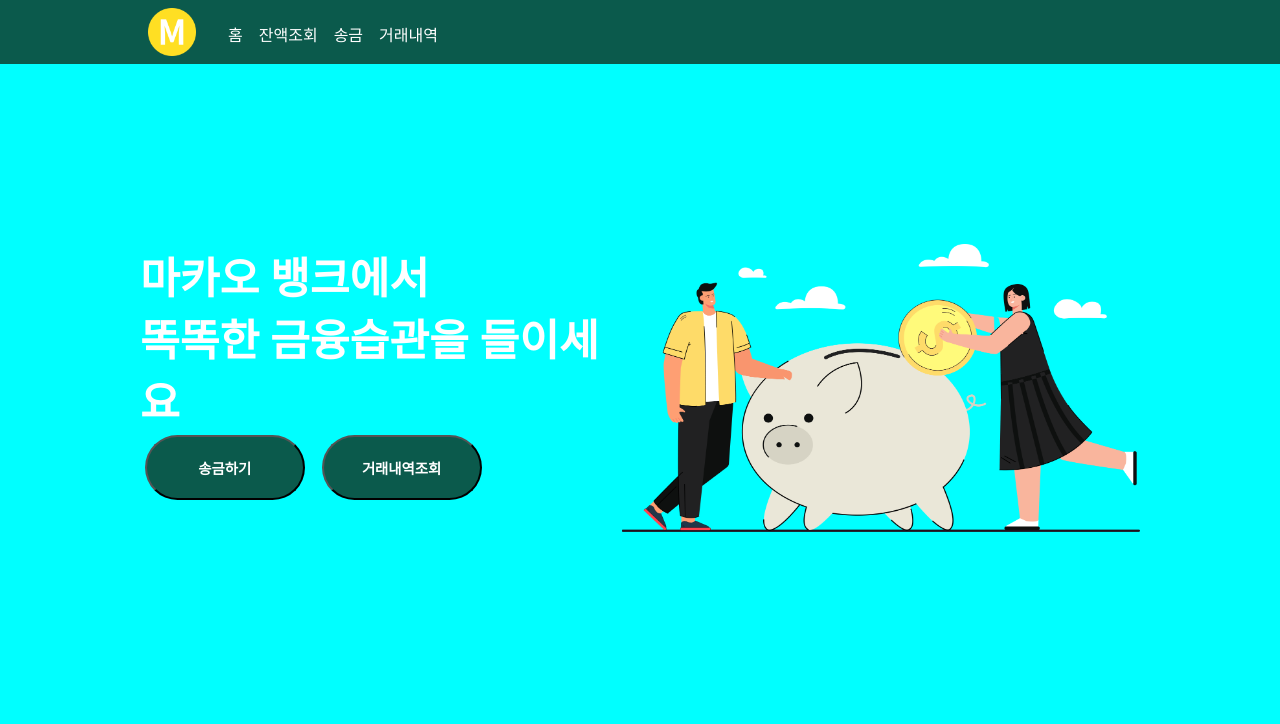
Repository: JiNookk/makaobank
Page: week06/makaoBank/index.html
The author's editor kept a copy of each file at every save. The page is drawn from the files as they stood at one save, then again after the next save.
The browser window is 1280 px wide. The pictures show the whole page.

Above is the page before, as saved 2022-09-13 16:34:06.

After the next save:
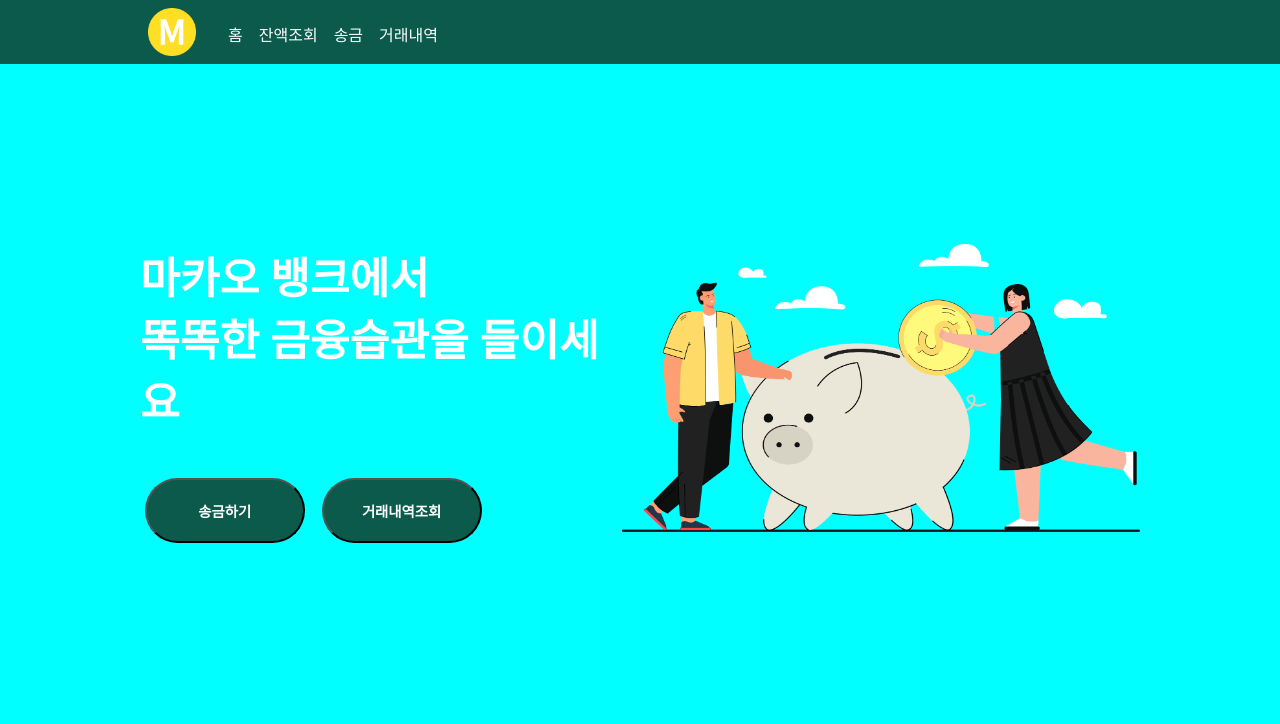
Saved 77 s later.
--- a/week06/makaoBank/css/elements.css
+++ b/week06/makaoBank/css/elements.css
@@ -35,6 +35,7 @@ a{
 
     justify-self: center;
     margin: .3rem;
+    margin-top: 3rem;
 
     background-color: rgb(11,90,76);
     color: white;
